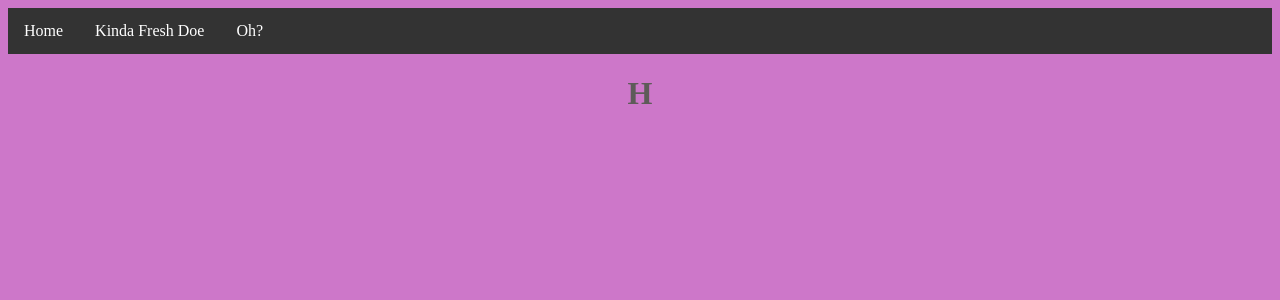
Repository: skytang69/skytang69.github.io
Page: um.html
The author's editor kept a record of every edit. The page is drawn from the files as they stood at one moment, then again after the next edit.
The browser window is 1280 px wide. The pictures show the whole page.

Above is the page before.

After the next edit:
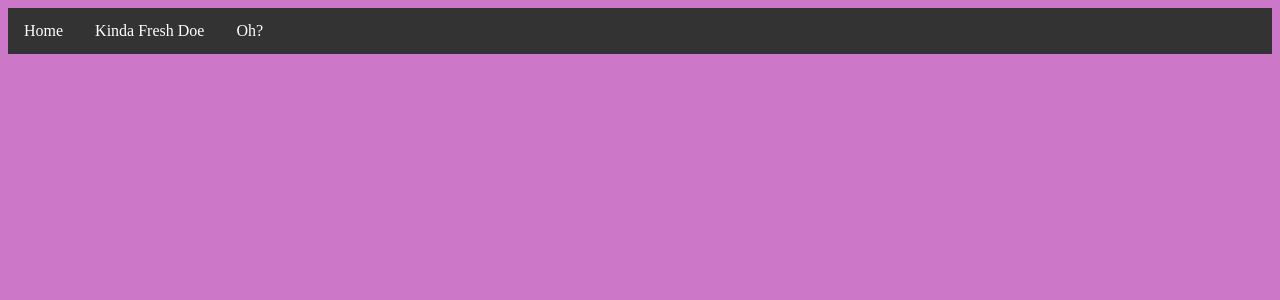
The edit:
--- a/um.html
+++ b/um.html
@@ -41,7 +41,4 @@
               <li><a href="um.html">Oh?</a></li>
             </ul>
         </body>
-
-        <body>
-            <h1>H
 </html>
